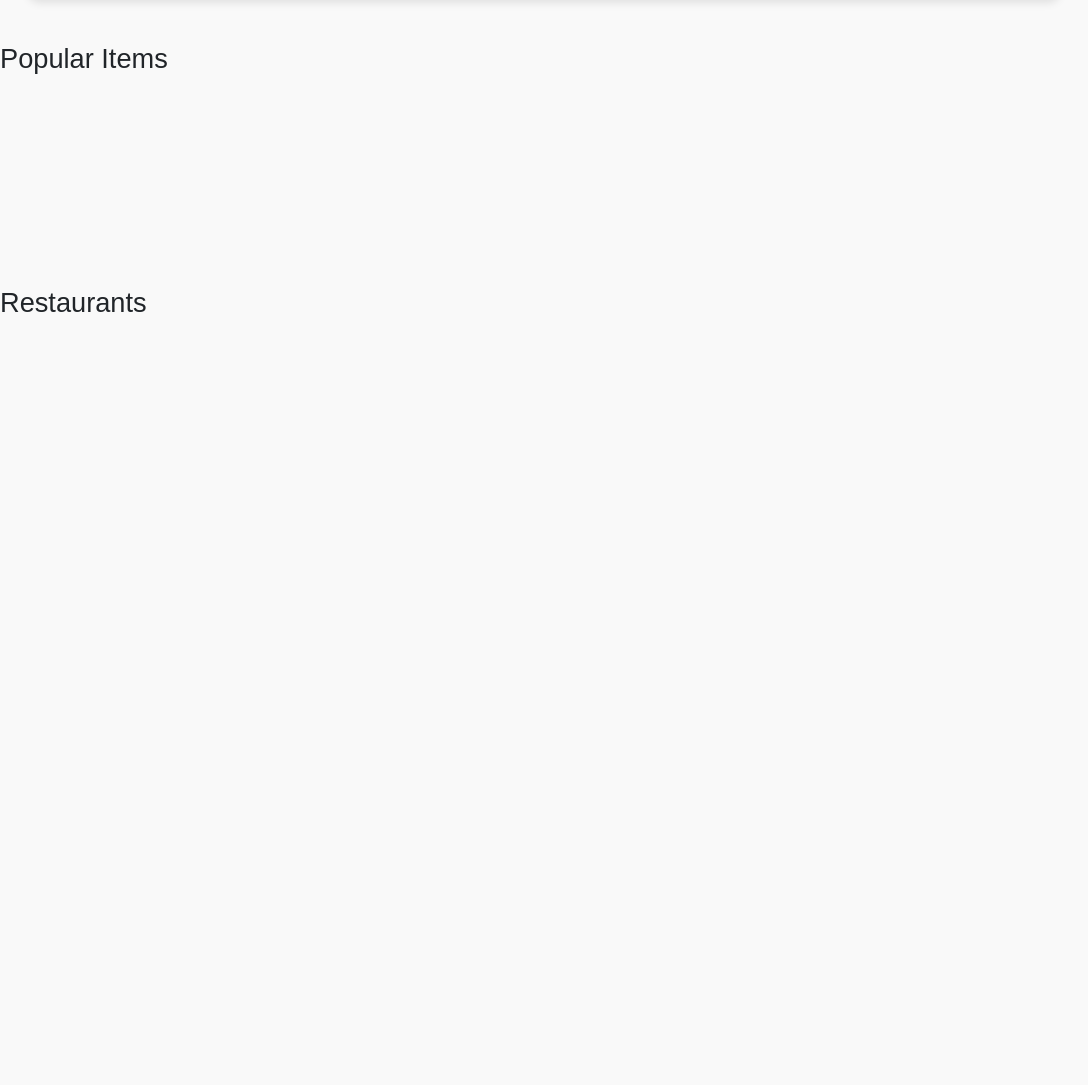
Repository: Sujith-B-S/Food-Application
Page: http://localhost/FoodApplication/home.jsp
These files come from the project's save history. The page is drawn as it stood at one moment and after the next save; the edit follows.
The browser window is 1280 px wide. The pictures show the part of the page from y = 530 to 1807 px (the page is 1807 px tall before and 868 px after), at 85% of full size.
Some web fonts or font styles are not loaded; a fallback is used. Some web libraries are served in a nearby version. The page is served by Tomcat 9.

Above is the page before, as saved 2024-12-08 17:14:09.

After the next save:
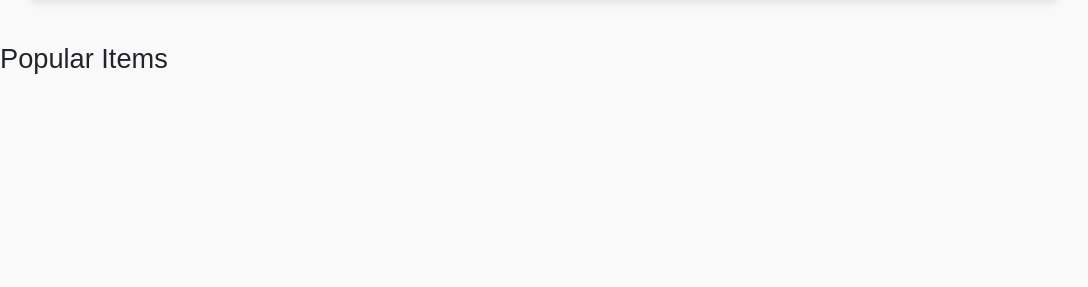
Saved 49 s later.
--- a/FoodApplication/src/main/webapp/home.jsp
+++ b/FoodApplication/src/main/webapp/home.jsp
@@ -430,28 +430,6 @@
 
 
     <!-- Restaurant Cards -->
-    <h2>Restaurants</h2>
-    <div class="container">
-    <!-- <h2>Restaurants</h2> -->
-        <%
-            List<Restaurant> resList = (List<Restaurant>) session.getAttribute("resList");
-            if (resList != null) {
-                for (Restaurant res : resList) {
-        %>
-        <a href="ShowMenu?restaurantId=<%= res.getRestaurantId() %>">
-        <div class="card">
-            <img src="<%= res.getImage() %>" alt="Restaurant">
-            <div class="card-content">
-                <h3><%= res.getName() %></h3>
-                <p><strong>Cuisine:</strong> <%= res.getCuisineType() %></p>
-                <p><strong>Location:</strong> <%= res.getAddress() %></p>
-            </div>
-        </div>
-        </a>
-        <%
-            }
-        }
-        %>
-    </div>
+    <div class = "restaurant-details"></div>
 </body>
 </html>

After the save that followed:
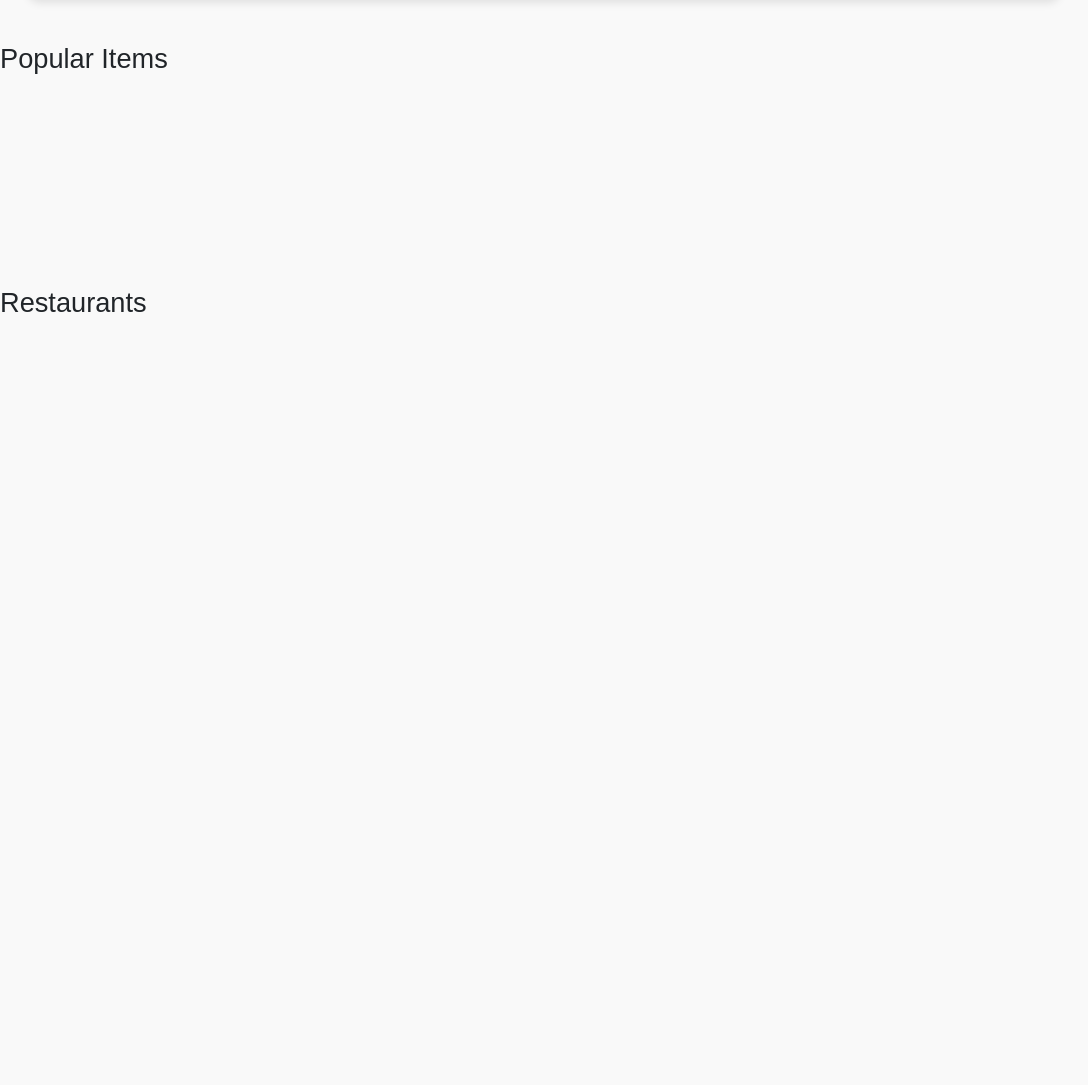
Saved 6 s later.
--- a/FoodApplication/src/main/webapp/home.jsp
+++ b/FoodApplication/src/main/webapp/home.jsp
@@ -430,6 +430,30 @@
 
 
     <!-- Restaurant Cards -->
-    <div class = "restaurant-details"></div>
+    <div class = "restaurant-details">
+    	<h2>Restaurants</h2>
+    <div class="container">
+    <!-- <h2>Restaurants</h2> -->
+        <%
+            List<Restaurant> resList = (List<Restaurant>) session.getAttribute("resList");
+            if (resList != null) {
+                for (Restaurant res : resList) {
+        %>
+        <a href="ShowMenu?restaurantId=<%= res.getRestaurantId() %>">
+        <div class="card">
+            <img src="<%= res.getImage() %>" alt="Restaurant">
+            <div class="card-content">
+                <h3><%= res.getName() %></h3>
+                <p><strong>Cuisine:</strong> <%= res.getCuisineType() %></p>
+                <p><strong>Location:</strong> <%= res.getAddress() %></p>
+            </div>
+        </div>
+        </a>
+        <%
+            }
+        }
+        %>
+    </div>
+    </div>
 </body>
 </html>
